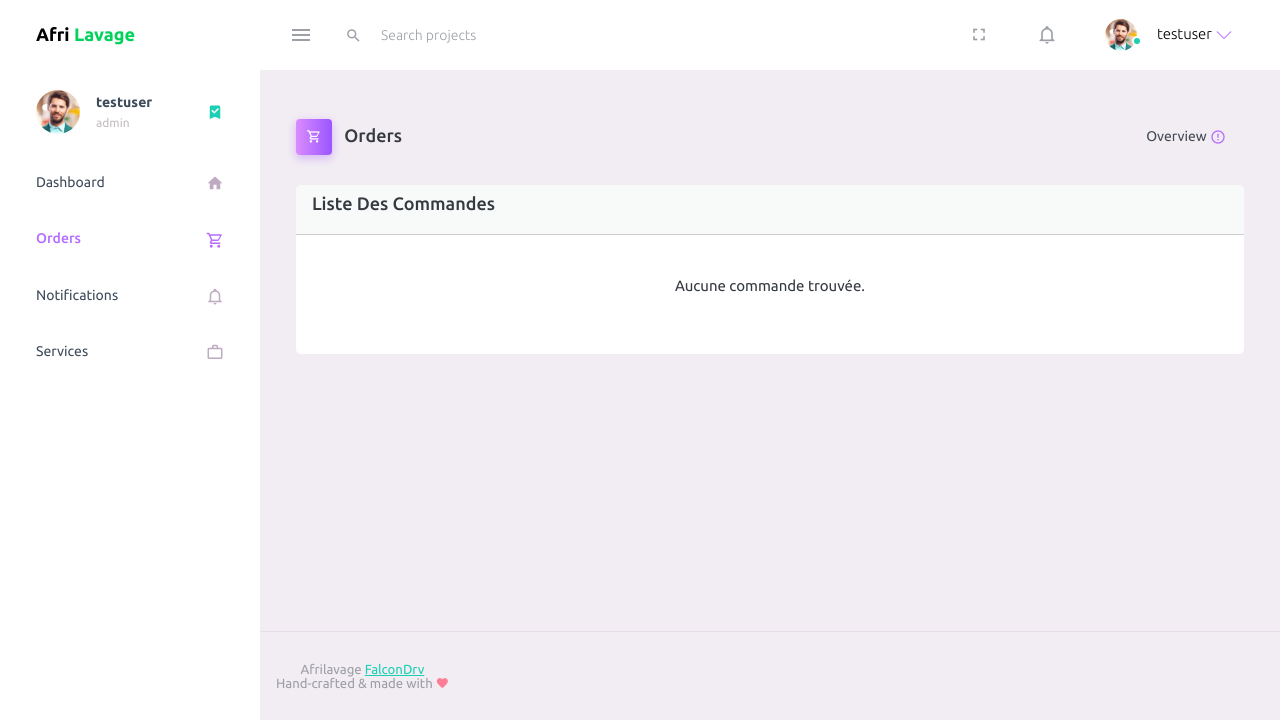
Repository: idir2023/afrilavage
Page: http://localhost/orders
An editor plug-in stored every save of this project. The page is shown before and after the next save, followed by the edit.
The browser window is 1280 px wide. The pictures show the whole page.
The page is served by the project's Laravel application, run on PHP 8.4 with Laravel 12. A made-up administrator, Test User (test@example.com), is signed in. Other server files are loaded and not shown. Queries for data that is not in the repository find no rows.

Above is the page before, as saved 2025-06-10 16:49:50.
Console error: TypeError: Cannot read properties of null (reading 'classList')

### routes/web.php
 <?php

    use Illuminate\Support\Facades\Route;
    use App\Http\Controllers\HomeController;
    use App\Http\Controllers\OrderController;
    use App\Http\Controllers\AdminController;
    use App\Http\Controllers\NotificationController;
    use App\Http\Controllers\ProfileController;
    use App\Http\Controllers\ServiceController;

    /*
|--------------------------------------------------------------------------
| Web Routes
|--------------------------------------------------------------------------
|
| Here is where you can register web routes for your application.
|
*/

    // Pages publiques
    Route::get('/', [HomeController::class, 'index'])->name('home');
    Route::get('/contact', [HomeController::class, 'contact'])->name('contact');
    Route::get('/about', [HomeController::class, 'about'])->name('about');
    Route::get('/service', [HomeController::class, 'service'])->name('service');
    Route::get('/order', [HomeController::class, 'order'])->name('order');
    Route::get('/tracking', [HomeController::class, 'tracking'])->name('tracking');
    Route::post('/order/save', [HomeController::class, 'store'])->name('order-store');

    // Gestion des commandes (CRUD)

    // Tableau de bord (admin)
    Route::middleware(['auth', 'verified', 'is_admin'])->group(function () {
        Route::get('/dashboard', [AdminController::class, 'index'])->name('dashboard');
        Route::resource('orders', OrderController::class);
        Route::post('/notifications/{id}/read', [OrderController::class, 'markAsRead'])->name('notifications.read');
        Route::resource('notifications', NotificationController::class);
        Route::resource('services', ServiceController::class);


        // Tu peux ajouter d'autres routes admin ici, par exemple :
        // Route::get('/users', [AdminController::class, 'users'])->name('admin.users');
    });

    // Profil utilisateur (authentifié)
    Route::middleware(['auth'])->group(function () {
        Route::get('/profile', [ProfileController::class, 'edit'])->name('profile.edit');
        Route::patch('/profile', [ProfileController::class, 'update'])->name('profile.update');
        Route::delete('/profile', [ProfileController::class, 'destroy'])->name('profile.destroy');
    });

    // Auth routes (login, register, etc.)
    require __DIR__ . '/auth.php';

### app/Models/User.php
<?php

namespace App\Models;

// use Illuminate\Contracts\Auth\MustVerifyEmail;
use Illuminate\Database\Eloquent\Factories\HasFactory;
use Illuminate\Foundation\Auth\User as Authenticatable;
use Illuminate\Notifications\Notifiable;

class User extends Authenticatable
{
    /** @use HasFactory<\Database\Factories\UserFactory> */
    use HasFactory, Notifiable;

    /**
     * The attributes that are mass assignable.
     *
     * @var list<string>
     */
    protected $fillable = [
        'username',
        'email',
        'phone',
        'password',
        'address',
        'role'
    ];


    /**
     * The attributes that should be hidden for serialization.
     *
     * @var list<string>
     */
    protected $hidden = [
        'password',
        'remember_token',
    ];

    /**
     * Get the attributes that should be cast.
     *
     * @return array<string, string>
     */
    protected function casts(): array
    {
        return [
            'email_verified_at' => 'datetime',
            'password' => 'hashed',
        ];
    }
}

### app/Http/Controllers/OrderController.php
<?php

namespace App\Http\Controllers;

use App\Models\Notification;
use App\Models\Order;
use Illuminate\Http\Request;

class OrderController extends Controller
{
    // Affiche la liste paginée des commandes
    public function index()
    {
        $orders = Order::paginate(15); // 15 commandes par page
        return view('admins.orders.index', compact('orders'));
    }


    public function show($id)
    {
        $order = Order::findOrFail($id);

        // Réponse uniquement en AJAX avec HTML directement ici
        if (request()->ajax()) {
            $html = '
        <div class="table-responsive">
            <table class="table table-bordered">
                <tr><th>ID</th><td>' . $order->id . '</td></tr>
                <tr><th>Client</th><td>' . ($order->user->username ?? 'N/A') . '</td></tr>
                <tr><th>Service</th><td>' . ucfirst($order->service_type) . '</td></tr>
                <tr><th>Date prévue</th><td>' . \Carbon\Carbon::parse($order->scheduled_date)->format('d/m/Y') . '</td></tr>
                <tr><th>Créneau horaire</th><td>' . $order->time_slot . '</td></tr>
                <tr><th>Status</th><td>' . ucfirst($order->status) . '</td></tr>
                <tr><th>Total</th><td>' . number_format($order->total_price, 2, ',', ' ') . ' €</td></tr>
            </table>
        </div>';

            return response()->json(['html' => $html]);
        }

        // Si jamais une requête non-AJAX est envoyée
        abort(404);
    }



    // Supprime une commande
    public function destroy($id)
    {
        $order = Order::findOrFail($id);
        $order->delete();

        return redirect()->route('orders.index')->with('success', 'Commande supprimée avec succès.');
    }

    public function markAsRead($id)
    {
        $notification = Notification::findOrFail($id);
        $notification->is_read = true;
        $notification->save();

        return response()->json(['success' => true]);
    }
}

### app/Models/Order.php
<?php

namespace App\Models;

use Illuminate\Database\Eloquent\Model;

class Order extends Model
{
    protected $fillable = [
        'user_id',
        'driver_id',

        'service_category',
        'service_type',
        'status',

        // Informations client
        'fullname',
        'phone',
        'address',
        'city',
        'zip',
        'delivery_instructions',

        // Programmation
        'scheduled_date',
        'time_slot',

        // Détails service
        'items',
        'service_options',
        'special_instructions',

        // Détails voiture
        'car_type',
        'car_model',

        // Détails pack
        'pack_people',
        'pack_frequency',

        // Tarification
        'base_price',
        'options_price',
        'discount_amount',
        'total_price',
        'promo_code',

        // Paiement
        'payment_method',
        'payment_status',

        // Dates clés
        'collected_at',
        'completed_at',
    ];


    protected $casts = [
        'items' => 'array',
        'scheduled_date' => 'date',
        'collected_at' => 'datetime',
        'completed_at' => 'datetime',
    ];

    public function user()
    {
        return $this->belongsTo(User::class);
    }

    public function driver()
    {
        return $this->belongsTo(User::class, 'driver_id');
    }
}

### resources/views/admins/layouts/master.blade.php
 <!DOCTYPE html>
 <html lang="en">

 <head>
     <!-- Required meta tags -->
     <meta charset="utf-8">
     <meta name="viewport" content="width=device-width, initial-scale=1, shrink-to-fit=no">
     <title>@yield('title')</title>
     <!-- plugins:css -->
     <link rel="stylesheet" href="{{ asset('admin/assets/vendors/mdi/css/materialdesignicons.min.css') }}">
     <link rel="stylesheet" href="{{ asset('admin/assets/vendors/ti-icons/css/themify-icons.css') }}">
     <link rel="stylesheet" href="{{ asset('admin/assets/vendors/css/vendor.bundle.base.css') }}">
     <link rel="stylesheet" href="{{ asset('admin/assets/vendors/font-awesome/css/font-awesome.min.css') }}">
     <!-- endinject -->
     <!-- Plugin css for this page -->
     <link rel="stylesheet" href="{{ asset('admin/assets/vendors/font-awesome/css/font-awesome.min.css') }}" />
     <link rel="stylesheet"
         href="{{ asset('admin/assets/vendors/bootstrap-datepicker/bootstrap-datepicker.min.css') }}">
     <!-- End plugin css for this page -->
     <!-- inject:css -->
     <!-- endinject -->
     <!-- Layout styles -->
     <link rel="stylesheet" href="{{ asset('admin/assets/css/style.css') }}">
     <!-- End layout styles -->
     <link rel="shortcut icon" href="{{ asset('admin/assets/images/favicon.png') }}" />
 </head>

 <body>
     <div class="container-scroller">

         <!-- partial:partials/_navbar.html -->
         @include('admins.layouts.header')
         <!-- partial -->
         <div class="container-fluid page-body-wrapper">
             <!-- partial:partials/_sidebar.html -->
             @include('admins.layouts.sidebar')
             <!-- partial -->
             <div class="main-panel">
                 <div class="content-wrapper">

                     @yield('content')
                 </div>
                 <!-- content-wrapper ends -->
                 <!-- partial:partials/_footer.html -->
                 @include('admins.layouts.footer')
                 <!-- partial -->
             </div>
             <!-- main-panel ends -->
         </div>
         <!-- page-body-wrapper ends -->
     </div>
     <!-- container-scroller -->
     <!-- plugins:js -->
     <script src="{{ asset('admin/assets/vendors/js/vendor.bundle.base.js') }}"></script>
     <!-- endinject -->
     <!-- Plugin js for this page -->
     <script src="{{ asset('admin/assets/vendors/chart.js/chart.umd.js') }}"></script>
     <script src="{{ asset('admin/assets/vendors/bootstrap-datepicker/bootstrap-datepicker.min.js') }}"></script>
     <!-- End plugin js for this page -->
     <!-- inject:js -->
     <script src="{{ asset('admin/assets/js/off-canvas.js') }}"></script>
     <script src="{{ asset('admin/assets/js/misc.js') }}"></script>
     <script src="{{ asset('admin/assets/js/settings.js') }}"></script>
     <script src="{{ asset('admin/assets/js/todolist.js') }}"></script>
     <script src="{{ asset('admin/assets/js/jquery.cookie.js') }}"></script>
     <!-- endinject -->
     <!-- Custom js for this page -->
     <script src="{{ asset('admin/assets/js/dashboard.js') }}"></script>
     <!-- End custom js for this page -->
     <script>
         $(document).ready(function() {
             $('.btn-read-notification').click(function(e) {
                 e.preventDefault();

                 let btn = $(this);
                 let notificationId = btn.data('id');

                 $.ajax({
                     url: `/notifications/${notificationId}/read`,
                     type: 'POST',
                     data: {
                         _token: '{{ csrf_token() }}'
                     },
                     success: function(response) {
                         if (response.success) {
                             btn.text('Read ✔').prop('disabled', true);
                             // Optionnel : retirer la notification de la liste ou modifier son style
                             btn.closest('.preview-item').fadeOut();
                             // Mettre à jour le compteur
                             let countElem = $('.count-symbol.bg-danger');
                             let count = parseInt(countElem.text());
                             if (count > 1) {
                                 countElem.text(count - 1);
                             } else {
                                 countElem.remove();
                             }
                         }
                     },
                     error: function() {
                         alert('Erreur lors de la mise à jour de la notification.');
                     }
                 });
             });
         });
     </script>

     @yield('scripts')
 </body>

 </html>

### resources/views/admins/layouts/header.blade.php
 <nav class="navbar default-layout-navbar col-lg-12 col-12 p-0 fixed-top d-flex flex-row">
     <div class="text-center navbar-brand-wrapper d-flex align-items-center justify-content-start">
         <a class="navbar-brand brand-logo" href="{{ route('dashboard') }}">
             <div class="nav-profile-image d-flex align-items-center">
                 <h4 class="m-0 font-weight-bold">
                     <span style="color: #000000;">Afri</span>
                     <span style="color: #00d25b;">Lavage</span>
                 </h4>
                 <span class="login-status online ms-2"></span>
             </div>

         </a>
         <a class="navbar-brand brand-logo-mini" href="{{ route('dashboard') }}">
             <div class="nav-profile-image d-flex align-items-center">
                 <h4 class="m-0 font-weight-bold">
                     <span style="color: #000000;">A</span>
                     <span style="color: #00d25b;">L</span>
                 </h4>
                 <span class="login-status online ms-2"></span>
             </div>
         </a>
     </div>

     <div class="navbar-menu-wrapper d-flex align-items-stretch">
         <button class="navbar-toggler align-self-center" type="button" data-toggle="minimize">
             <span class="mdi mdi-menu"></span>
         </button>

         <div class="search-field d-none d-md-block">
             <form class="d-flex align-items-center h-100" action="#">
                 <div class="input-group">
                     <div class="input-group-prepend bg-transparent">
                         <i class="input-group-text border-0 mdi mdi-magnify"></i>
                     </div>
                     <input type="text" class="form-control bg-transparent border-0" placeholder="Search projects" />
                 </div>
             </form>
         </div>

         <ul class="navbar-nav navbar-nav-right">


             <!-- Fullscreen Button -->
             <li class="nav-item d-none d-lg-block full-screen-link">
                 <a class="nav-link" href="#">
                     <i class="mdi mdi-fullscreen" id="fullscreen-button"></i>
                 </a>
             </li>

             @php
                 use App\Models\Notification;

                 $notifications = Notification::with('order.user')
                     ->where('is_read', false)
                     ->orderBy('created_at', 'desc')
                     ->get();
             @endphp

             <!-- Notifications Dropdown -->
             <li class="nav-item dropdown">
                 <a class="nav-link count-indicator dropdown-toggle" id="notificationDropdown" href="#"
                     data-bs-toggle="dropdown" aria-expanded="false">
                     <i class="mdi mdi-bell-outline"></i>
                     @if ($notifications->count() > 0)
                         <span class="count-symbol bg-danger">{{ $notifications->count() }}</span>
                     @endif
                 </a>

                 <div class="dropdown-menu dropdown-menu-end navbar-dropdown preview-list"
                     aria-labelledby="notificationDropdown">
                     <h6 class="p-3 mb-0">Notifications</h6>
                     <div class="dropdown-divider"></div>

                     @forelse ($notifications as $notification)
                         <a href="#" class="dropdown-item preview-item">
                             <div class="preview-thumbnail">
                                 <div
                                     class="preview-icon
                                    @switch($notification->type)
                                        @case('order_created') bg-success @break
                                        @case('order_update') bg-warning @break
                                        @case('payment') bg-info @break
                                        @default bg-secondary
                                    @endswitch
                                ">
                                     <i class="mdi mdi-bell-ring"></i>
                                 </div>
                             </div>
                             <div class="preview-item-content d-flex flex-column justify-content-center">
                                 <h6 class="preview-subject font-weight-bold mb-1">{{ $notification->title }}</h6>
                                 <small class="text-muted mb-1">
                                     Commande par : <span
                                         class="text-primary">{{ $notification->order->user->username ?? 'Client inconnu' }}</span>
                                 </small>
                                 <small class="text-muted mb-1">
                                     Date commande :
                                     {{ $notification->order->created_at->format('d/m/Y H:i') ?? 'N/A' }}
                                 </small>
                                 <small class="text-muted">{{ $notification->created_at->diffForHumans() }}</small>
                                 <button class="btn-read-notification btn btn-sm btn-primary"
                                     data-id="{{ $notification->id }}" title="Marquer comme lu">
                                     <i class="mdi mdi-eye"></i>
                                 </button>

                             </div>
                         </a>
                         <div class="dropdown-divider"></div>
                     @empty
                         <p class="text-center p-3 mb-0">Aucune notification</p>
                     @endforelse

                     <h6 class="p-3 mb-0 text-center">
                         <a href="#">Voir toutes les notifications</a>
                     </h6>
                 </div>
             </li>

             <!-- Profile Dropdown -->
             <li class="nav-item nav-profile dropdown">
                 <a class="nav-link dropdown-toggle" id="profileDropdown" href="#" data-bs-toggle="dropdown"
                     aria-expanded="false">
                     <div class="nav-profile-img">
                         <img src="{{ asset('admin/assets/images/faces/face1.jpg') }}" alt="image" />
                         <span class="availability-status online"></span>
                     </div>
                     <div class="nav-profile-text">
                         <p class="mb-1 text-black">{{ Auth::user()->username }}</p>
                     </div>
                 </a>
                 <div class="dropdown-menu navbar-dropdown" aria-labelledby="profileDropdown">
                     <a class="dropdown-item" href="#">
                         <i class="mdi mdi-cached me-2 text-success"></i> Activity Log
                     </a>
                     <div class="dropdown-divider"></div>
                     <a class="dropdown-item" href="{{ route('logout') }}"
                         onclick="event.preventDefault(); document.getElementById('logout-form').submit();">
                         <i class="mdi mdi-logout me-2 text-primary"></i> Signout
                     </a>
                     <form id="logout-form" action="{{ route('logout') }}" method="POST" class="d-none">
                         @csrf
                     </form>
                 </div>
             </li>

         </ul>

         <button class="navbar-toggler navbar-toggler-right d-lg-none align-self-center" type="button"
             data-toggle="offcanvas">
             <span class="mdi mdi-menu"></span>
         </button>
     </div>
 </nav>

### app/Models/Notification.php
<?php

namespace App\Models;

use Illuminate\Database\Eloquent\Model;

class Notification extends Model
{
    // Si ta table s'appelle 'notifications', cette ligne est optionnelle
    protected $table = 'notifications';

    // Champs autorisés en mass assignment
    protected $fillable = [
        'user_id',
        'order_id',
        'type',
        'title',
        'message',
        'is_read',
    ];

    // Relation vers l'utilisateur
    public function user()
    {
        return $this->belongsTo(User::class);
    }


    // Relation vers la commande (optionnelle)
    public function order()
    {
        return $this->belongsTo(Order::class);
    }
}

### resources/views/admins/layouts/sidebar.blade.php
 <nav class="sidebar sidebar-offcanvas" id="sidebar">
     <ul class="nav">

         <li class="nav-item nav-profile">
             <a href="#" class="nav-link">
                 <div class="nav-profile-image">
                     <img src="{{ asset('admin/assets/images/faces/face1.jpg') }}" alt="profile" />
                     <span class="login-status online"></span>
                     <!-- change to offline or busy as needed -->
                 </div>
                 <div class="nav-profile-text d-flex flex-column">
                     <span class="font-weight-bold mb-2">{{ Auth::user()->username }}</span>
                     <span class="text-secondary text-small">{{ Auth::user()->role }}</span>
                 </div>
                 <i class="mdi mdi-bookmark-check text-success nav-profile-badge"></i>
             </a>
         </li>

         <li class="nav-item">
             <a class="nav-link" href="{{ route('dashboard') }}">
                 <span class="menu-title">Dashboard</span>
                 <i class="mdi mdi-home menu-icon"></i>
             </a>
         </li>

         <li class="nav-item">
             <a class="nav-link" href="{{ route('orders.index') }}">
                 <span class="menu-title">Orders</span>
                 {{-- <i class="mdi mdi-receipt menu-icon"></i> --}}
                 <i class="mdi mdi-cart-outline menu-icon"></i>

             </a>
         </li>

         <li class="nav-item">
             <a class="nav-link" href="{{ route('notifications.index') }}">
                 <span class="menu-title">Notifications</span>
                 <i class="mdi mdi-bell-outline menu-icon"></i>
             </a>
         </li>


         <li class="nav-item">
             <a class="nav-link" href="{{ route('services.index') }}">
                 <span class="menu-title">Services</span>
                 <i class="mdi mdi-briefcase-outline menu-icon"></i>
             </a>
         </li>


     </ul>
 </nav>

### resources/views/admins/layouts/footer.blade.php
          <footer class="footer">
              <div class="d-sm-flex justify-content-center justify-content-sm-between">
                  <span class="text-muted text-center text-sm-left d-block d-sm-inline-block"><span>Afri</span>lavage <a
                          href="https://www.instagram.com/falcondeev" target="_blank">FalconDrv</a>
                  <span class="float-none float-sm-right d-block mt-1 mt-sm-0 text-center">Hand-crafted & made with <i
                          class="mdi mdi-heart text-danger"></i></span>
              </div>
          </footer>

Loaded but not shown: routes/auth.php (common file); app/Http/Controllers/Auth/EmailVerificationPromptController.php (common file); app/Http/Controllers/Controller.php (common file); app/Http/Controllers/Auth/VerifyEmailController.php (common file); public/admin/assets/vendors/mdi/css/materialdesignicons.min.css (library); public/admin/assets/vendors/ti-icons/css/themify-icons.css (library); public/admin/assets/vendors/css/vendor.bundle.base.css (common file); public/admin/assets/vendors/font-awesome/css/font-awesome.min.css (library); public/admin/assets/vendors/bootstrap-datepicker/bootstrap-datepicker.min.css (library); public/admin/assets/css/style.css (library); public/admin/assets/vendors/js/vendor.bundle.base.js (library); public/admin/assets/vendors/chart.js/chart.umd.js (library); public/admin/assets/vendors/bootstrap-datepicker/bootstrap-datepicker.min.js (library); public/admin/assets/js/off-canvas.js (common file); public/admin/assets/js/jquery.cookie.js (library); public/admin/assets/js/dashboard.js (250 lines, source omitted); public/admin/assets/js/misc.js (122 lines, source omitted); public/admin/assets/js/settings.js (122 lines, source omitted); public/admin/assets/js/todolist.js (34 lines, source omitted); resources/views/admins/orders/index.blade.php (156 lines, source omitted)

After the next save:
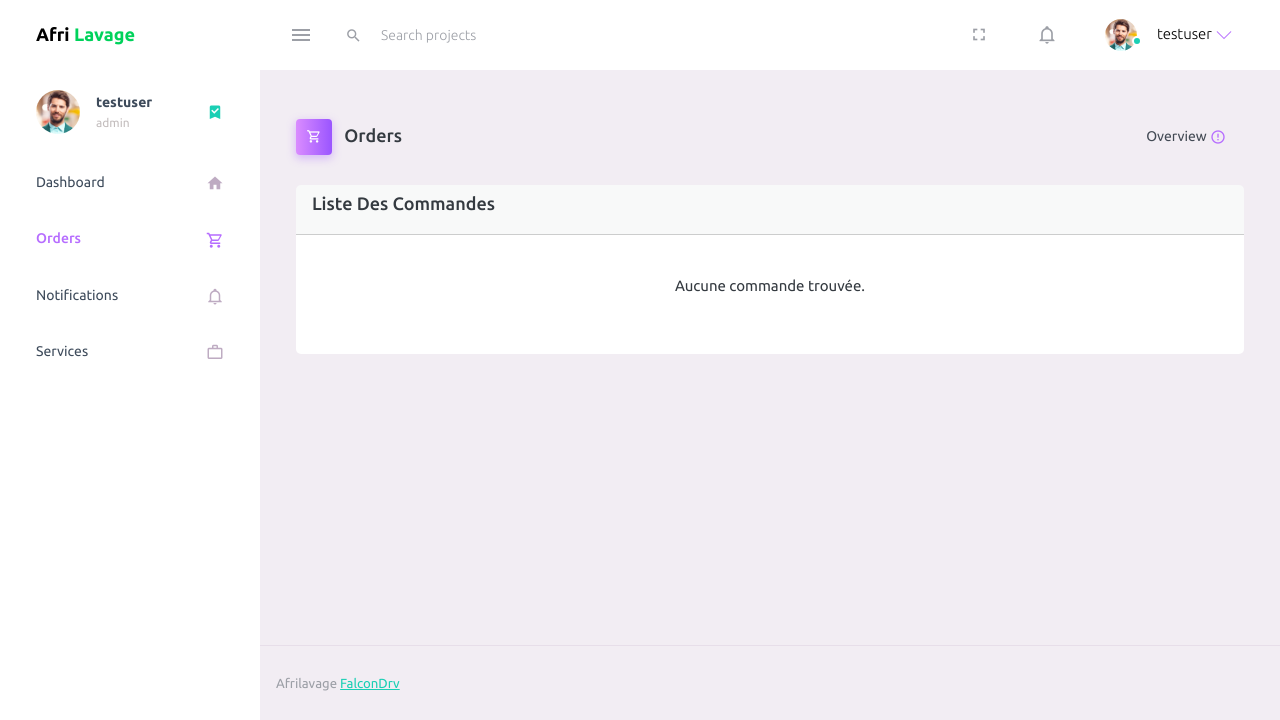
Saved 6 s later.
--- a/resources/views/admins/layouts/footer.blade.php
+++ b/resources/views/admins/layouts/footer.blade.php
@@ -2,7 +2,6 @@
               <div class="d-sm-flex justify-content-center justify-content-sm-between">
                   <span class="text-muted text-center text-sm-left d-block d-sm-inline-block"><span>Afri</span>lavage <a
                           href="https://www.instagram.com/falcondeev" target="_blank">FalconDrv</a>
-                  <span class="float-none float-sm-right d-block mt-1 mt-sm-0 text-center">Hand-crafted & made with <i
-                          class="mdi mdi-heart text-danger"></i></span>
+
               </div>
           </footer>
